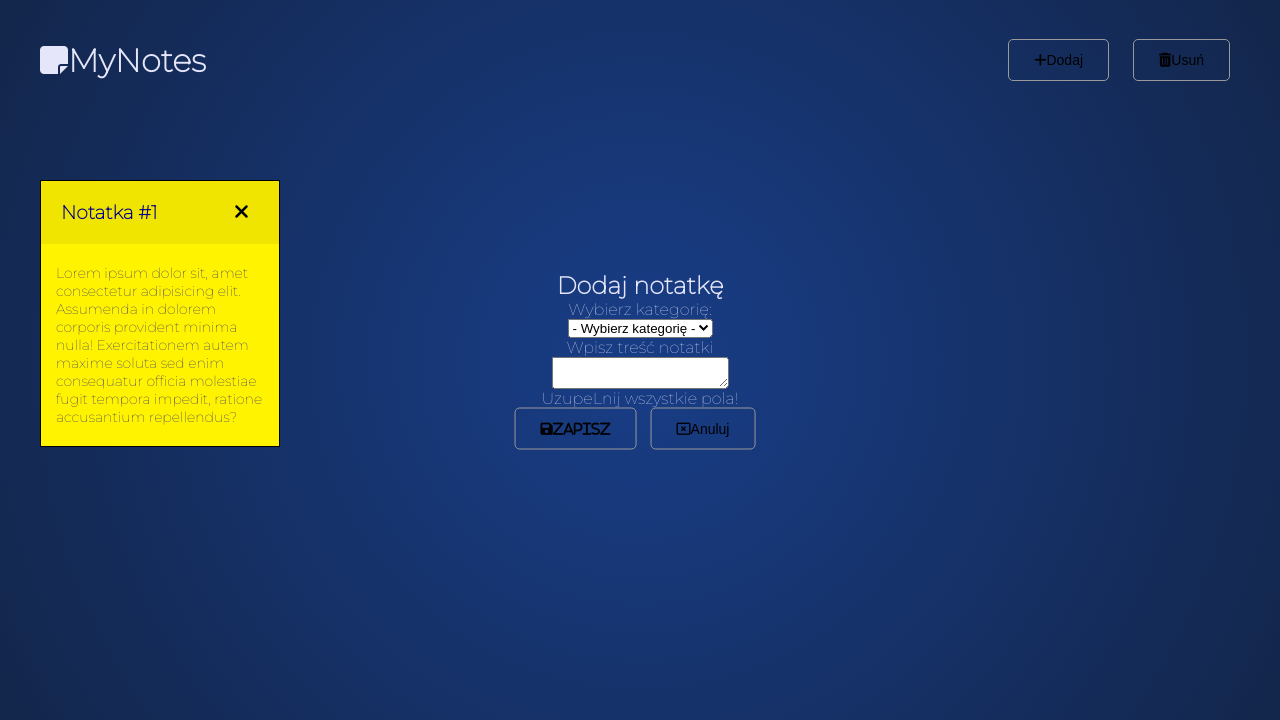
Repository: KrzysKolo/Projekt-7_Notes
Page: js/index.html
The author's editor kept a copy of each file at every save. The page is drawn from the files as they stood at one save, then again after the next save.
The browser window is 1280 px wide. The pictures show the whole page.
Some web libraries are served in a nearby version.

Above is the page before, as saved 2020-07-07 13:55:29.
Console error: SyntaxError: Unexpected token '<'

After the next save:
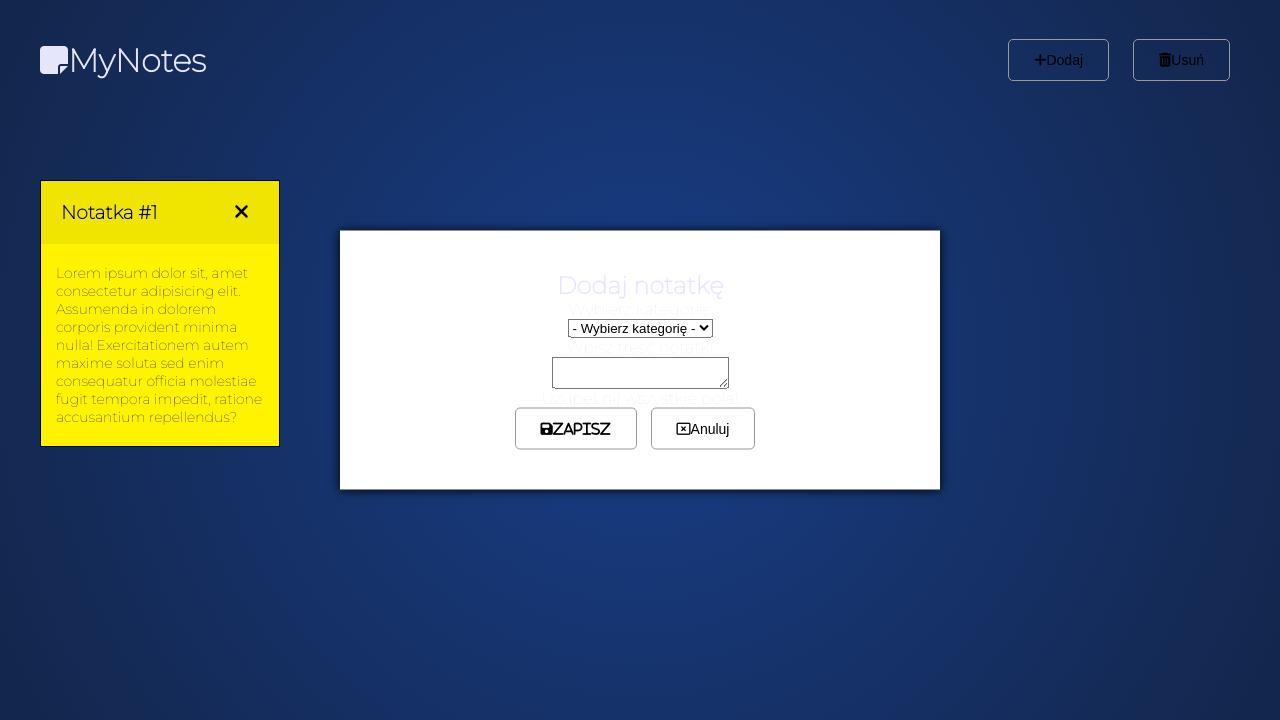
Saved 96 s later.
--- a/css/style.css
+++ b/css/style.css
@@ -82,4 +82,8 @@ body {
   top: 50%;
   left: 50%;
   transform: translate(-50%, -50%);
+  padding: 40px 0;
+  width: 600px;
+  background-color: #fff;
+  box-shadow: 0 0 10px black;
 }
